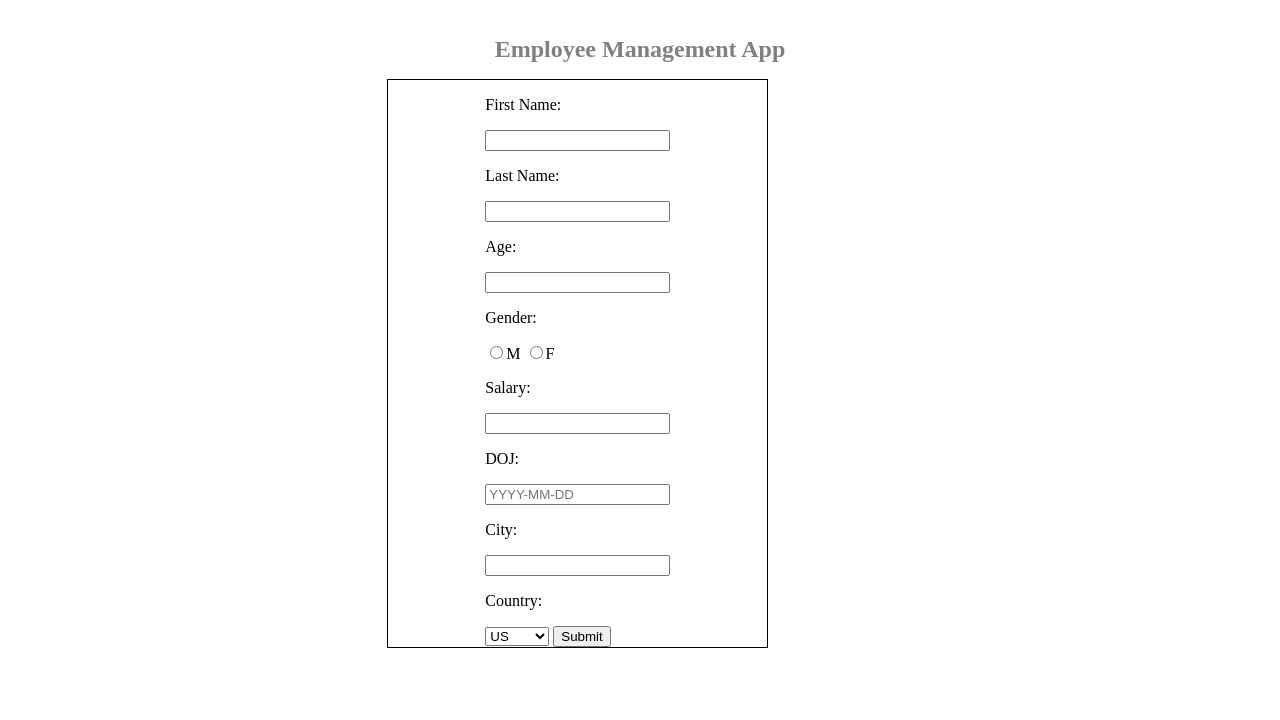
Repository: SaumyaGuptaTechnokrat/Employee_management
Page: http://localhost/Employee/index.jsp
The author's editor kept a copy of each file at every save. The page is drawn from the files as they stood at one save, then again after the next save.
The browser window is 1280 px wide. The pictures show the whole page.
The page is served by Tomcat 9.

Above is the page before, as saved 2023-02-10 17:30:46.

After the next save:
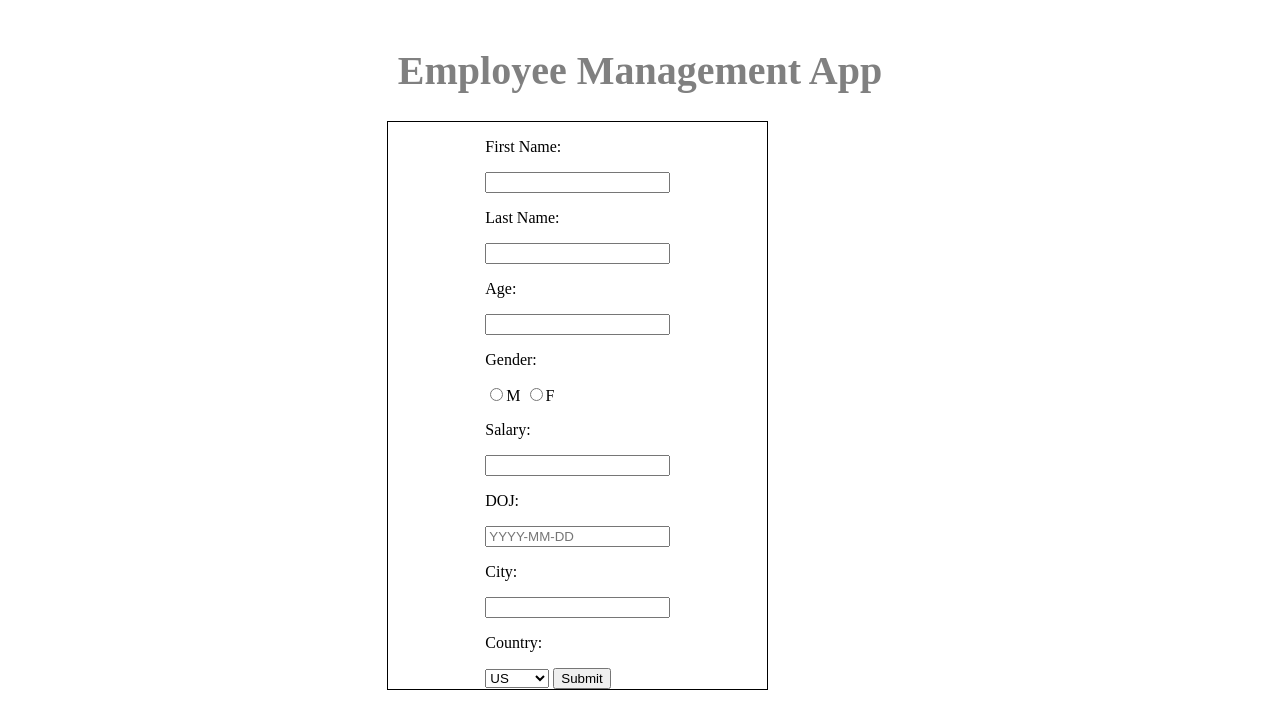
Saved 8 s later.
--- a/Employee/src/main/webapp/index.jsp
+++ b/Employee/src/main/webapp/index.jsp
@@ -8,7 +8,7 @@
 
 </head>
 <body>
-<h1 style="text-align:center;padding-top:20px;color:gray;font-size:150%;">Employee Management App</h1>
+<h1 style="text-align:center;padding-top:20px;color:gray;font-size:250%;">Employee Management App</h1>
 <div style="margin:0% 30%;width:30%;border:1px black solid;display:grid;justify-content:center">
 <form action="addRecord.jsp" method="post" >
 
